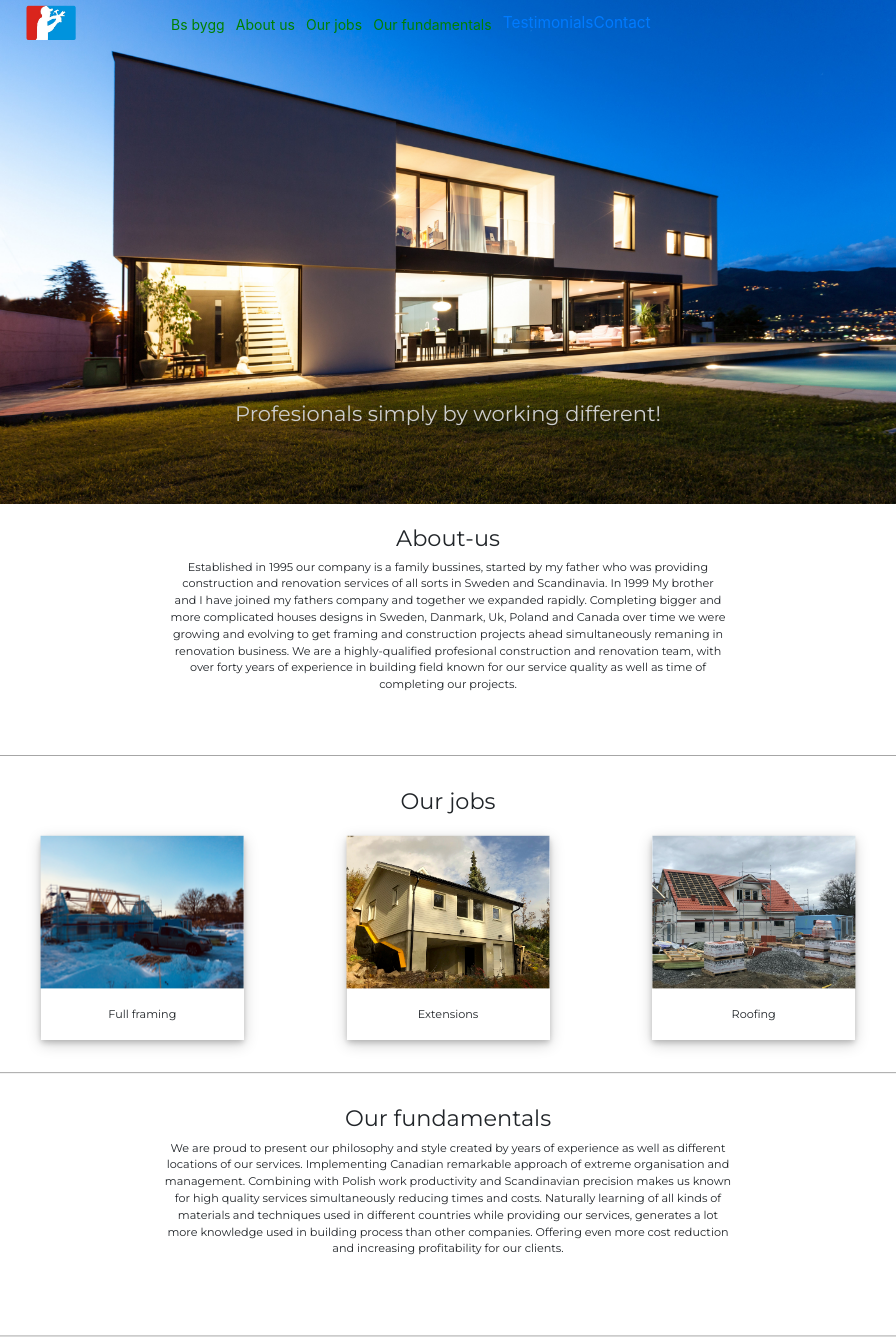
Repository: Bartie1982/milestone-project-1
Page: index.html
The author's editor kept a record of every edit. The page is drawn from the files as they stood at one moment, then again after the next edit.
The browser window is 1280 px wide. The pictures show the part of the page from y = 0 to 1920 px (the page is 2806 px tall), at 70% of full size.
Some web libraries are served in a nearby version.

Above is the page before.

### index.html
<!DOCTYPE html>
<html lang="en">

<head>
    <meta charset="UTF-8">
    <meta name="viewport" content="width=device-width, initial-scale=1.0">
    <meta http-equiv="X-UA-Compatible" content="ie=edge">
    <link rel="stylesheet" href="https://stackpath.bootstrapcdn.com/bootstrap/4.3.1/css/bootstrap.min.css" type="text/css" />
    <link rel="stylesheet" href="https://stackpath.bootstrapcdn.com/font-awesome/4.7.0/css/font-awesome.min.css" type="text/css" />
    <link rel="stylesheet" href="assets/css/style.css" type="text/css" />
    <title>BsBygg</title>
</head>

<body>
    <header>
        <div class="container-fluid h-50 d-inline-block">
            <div class="row">
                   <div class="mt-2 float-sm-left col-lg-2 col-md-3 col-sm-4 col-4">
                        <a href="index.html">
                        <img class="img logo" src="./assets/images/logo1.png" alt="Bs.bygg">
                        </a>
                    </div>
                    <div class="mt-2 col-lg-10 col-md-9 col-sm-8 col-8">
                            <nav class="mt-0 navbar navbar-expand-lg navbar-dark navbar-custom">
                            <a class="navbar-brand float-sm-left" href="index.html">Bs bygg</a>
                             <button class="navbar-toggler" type="button" data-toggle="collapse" data-target="#navbarNav" aria-controls="navbarNav" aria-expanded="false" aria-label="Toggle navigation">
                                    <span class="navbar-toggler-icon"></span>
                            </button>
                                <div class="collapse navbar-collapse" id="navbarNav">
                                    <ul class="navbar-nav">
                                        <li class="nav-item">
                                            <a class="navbar-brand" href="#about-us">About us</a>
                                        </li>
                                        <li class="nav-item">
                                            <a class="navbar-brand" href="#our-jobs">Our jobs</a>
                                        </li>
                                        <li class="nav-item">
                                            <a class="navbar-brand" href="#our-fundamentals">Our fundamentals</a>
                                        </li>
                                        <li class="nav-item">
                                            <a class="avbar-brand" href="#testimonials">Testimonials</a>
                                        </li>
                                        <li class="nav-item">
                                            <a class="avbar-brand" href="#contact">Contact</a>
                                        </li>
                                    </ul>
                                </div>

                        </nav>
                    </div>
        </div>
            </div>
            <div class="container-fluid h-50 d-inline-block">
                <div class="h-75 d-inline-block d-flex justify-content-center quote">
                        <p class="align-self-end ">Profesionals simply by working different!</p>
                </div>
            </div>
    </header>

    <section>
        <div class="d-flex justify-content-center" id="about-us">
            <div class="col-md-8 about-us">
                <h2>About-us</h2>

                <p class="col-md-12 text-space">Established in 1995 our company is a family bussines,
                started by my father who was providing construction and renovation services of all sorts in Sweden and Scandinavia.
                In 1999 My brother and I have joined my fathers company and together we expanded rapidly.
                Completing bigger and more complicated houses designs in Sweden, Danmark, Uk, Poland and Canada over time  we were growing and evolving to get framing and construction projects ahead simultaneously remaning in renovation business.
                We are a highly-qualified profesional construction and renovation team, with over forty years of experience in building field known for our service quality as well as time of completing our projects.
                </p>

            </div>
        </div>

        <div class="row">
            <div class="col-md-12 h-line4">
                <hr>
            </div>
        </div>

    </section>
    <section>
        <div class="row" id="our-jobs">
            <div class="col-md-12 Our-jobs">
                <h2>Our jobs</h2>
                    <div class="row d-flex justify-content-around">
                        <div class="col-sm-12 col-md-12 col-lg-4">
                            <div class="polaroid">
                        <img src="./assets/images/balsta-light.jpg" alt="Full framing" style="width:100%">
                             <div class="container p">
                             <p>Full framing</p>
                             </div>
                       </div>
                        </div>
                        <div class="col-sm-12 col-md-12 col-lg-4">
                            <div class="polaroid">
                        <img src="./assets/images/akersberga-ed.jpg" alt="Extensions" style="width:100%">
                             <div class="container p">
                             <p>Extensions</p>
                             </div>
                       </div>
                        </div>
                        <div class="col-sm-12 col-md-12 col-lg-4">
                            <div class="polaroid">
                        <img src="./assets/images/tak-arbetet-ed.jpg" alt="Roofing" style="width:100%">
                             <div class="container p">
                             <p>Roofing</p>
                         </div>
                        </div>
                    </div>
                </div>
            </div>
        </div>
    </section>
    <section>
        <div class="row">
            <div class="col-md-12 h-line3">
                <hr>
            </div>
        </div>
        <div class="row d-flex justify-content-center" id="our-fundamentals">
            <div class="col-md-8 our-fundamentals">
                <h2>Our fundamentals</h2>

                <p class="col-md-12 text-space">We are proud to present our philosophy and style created by years of experience as well as different locations of our services.
                Implementing  Canadian remarkable approach of extreme organisation and management.
                Combining with Polish work productivity and Scandinavian precision makes us known for high quality services simultaneously reducing times and costs.
                Naturally learning of all kinds of materials and techniques used in different countries while providing our services, generates a lot more knowledge used in building process than other companies. Offering even more
                cost reduction and increasing profitability for our clients.
                </p>
            </div>
        </div>

        <div class="row">
            <div class="col-md-12 h-line4">
                <hr>
            </div>
        </div>
    </section>
    <section>
        <div class="row" id="testimonials">
            <div class="col-md-12 Testimonials">
                <h2>Testimonials</h2>
                    <div class="row people d-flex justify-content-around">
                        <div class="col-sm-12 col-md-4 person">
                            <img class="img-fluid" src="./assets/images/Face 6.jpg" alt="Peter">
                            <p class="text-space"><i>"It's verry professional company with services worth recomending to everyone."</i><br><b>PETER</b></p>
                        </div>
                        <div class="col-sm-12 col-md-4 person">
                            <img class="img-fluid" src="./assets/images/Face 4.jpg" alt="Henrik">
                            <p class="text-space"><i>"Very good prepared and colaborative, I could see right away I have been hired profesionals."</i><br><b>HENRIK</b></p>
                        </div>
                        <div class="col-sm-12 col-md-4 person">
                            <img class="img-fluid" src="./assets/images/Face 7.jpg" alt="Frida">
                            <p class="text-space">"<i>Work was well planed, well orginased and definetly quick and clean."</i><br><b>FRIDA</b></p>
                        </div>
                    </div>
            </div>
                <div class="row">
                    <div class="col-md-12 h-line4">
                        <hr>
                    </div>
                </div>
    </section>
    <footer class="container-fluid" id="contact">
        <div class="row">
                <div class="col-lg-6 col-md-6 col-sm-12 mx-auto">
                    <h4 class="general-sub w-50 mx-auto">Contact</h4>

                        <div class="w-50 mx-auto">
                            <div>
                            <p><b>Email:</b> contact@bsbygg.com</p>
                            </div>
                            <div>
                            <p><b>Mobile:</b> 0704645042 </p>
                            </div>
                            <div>
                            <p><b>Adress:</b> Petersbergsvagen 5 <br>185 34 Vaxholm</p>
                        </div>
                </div>
        </div>
            <div class="col-lg-6 col-md-6 col-sm-12 social mx-auto">
                <h4 class="general-sub w-50 mx-auto">Social</h4>
                <ul class="list-inline social-links w-50 mx-auto">
                <li class="list-inline-item">
                    <a target="_blank" href="https://www.linkedin.com/">
                        <i class="fa fa-linkedin" aria-hidden="true"></i>
                        <span class="sr-only">Linkedin</span>
                    </a>
                </li>

                <li class="list-inline-item">
                    <a target="_blank" href="https://www.facebook.com/">
                        <i class="fa fa-facebook" aria-hidden="true"></i>
                        <span class="sr-only">Facebook</span>
                    </a>

                </li>
                <li class="list-inline-item">
                    <a target="_blank" href="https://www.pinterest.com/">
                        <i class="fa fa-pinterest" aria-hidden="true"></i>
                        <span class="sr-only">Pinterest</span>
                    </a>
                </li>
                <li class="list-inline-item">
                    <a target="_blank" href="https://www.instagram.com/">
                        <i class="fa fa-instagram" aria-hidden="true"></i>
                        <span class="sr-only">Instagram</span>
                    </a>
                </li>

                </ul>
            </div>
        </div>
        <div class="d-flex justify-content-center">
            <p class="">All rights reserved  Bartosz Szkaradzinski 2020</p>
        </div>
    </footer>
    <script src="https://code.jquery.com/jquery-3.2.1.slim.min.js" integrity="sha384-KJ3o2DKtIkvYIK3UENzmM7KCkRr/rE9/Qpg6aAZGJwFDMVNA/GpGFF93hXpG5KkN" crossorigin="anonymous"></script>
<script src="https://cdnjs.cloudflare.com/ajax/libs/popper.js/1.12.9/umd/popper.min.js" integrity="sha384-ApNbgh9B+Y1QKtv3Rn7W3mgPxhU9K/ScQsAP7hUibX39j7fakFPskvXusvfa0b4Q" crossorigin="anonymous"></script>
<script src="https://maxcdn.bootstrapcdn.com/bootstrap/4.0.0/js/bootstrap.min.js" integrity="sha384-JZR6Spejh4U02d8jOt6vLEHfe/JQGiRRSQQxSfFWpi1MquVdAyjUar5+76PVCmYl" crossorigin="anonymous"></script>
</body>

</html>

### assets/css/style.css
@import url('https://fonts.googleapis.com/css?family=Montserrat&display=swap:100,200,300,400,500,600,700|Exo:100,200,300,400,500,600,700');


/*----------------------------------------------Colours*/
.bg-color-name-title {
      color: #000234;
}



/*----------------------------------------------Heading*/

html, body {
    width: 100vw;
    overflow-x: hidden;
    overflow-y: auto;
}

header {
    height: 100vh;
    margin: 0;
    background: url("../images/Villa1.jpg");
    background-repeat: no-repeat;
    background-size: cover;


}

.logo {
    background-repeat: no-repeat;
    background-size: 30px;
    min-height: 20px;
    height: 50px;
    margin-top: inherit;
    margin-left: 20px;
    margin-right: 2px;
    padding-left: 0px;
    padding-right:0px;

}


.navbar {
    margin-right: auto;
    margin-left: auto;
    margin-top: 25px;

}

.navbar-dark {
    font-size: 22px;
    font-weight: 400;


}


.navbar-custom .navbar-brand,
.navbar-custom .navbar-text {
    color: green;
}

.quote {
    color: #cdcdcd;
    font-family: "Exo", Montserrat;
    font-weight: 100;
    font-size: 30px;
    text-align: center;


}


/*----------------------------------------------About us*/

.about-us {

    font-family: "Exo", Montserrat;
    margin-top: 30px;
    text-align: center;
    min-height: 300px;

}

/*----------------------------------------------Our fundamentals*/



.our-fundamentals {
    font-family: "Exo", Montserrat;
    margin-top: 30px;
    text-align: center;
    min-height: 300px;
}




/*----------------------------------------------Our jobs*/

.polaroid {
  width: 290px;
  box-shadow: 0 4px 8px 0 rgba(0, 0, 0, 0.2), 0 6px 20px 0 rgba(0, 0, 0, 0.19);
  text-align: center;
  margin: 30px auto 30px auto;

}

.Our-jobs {
    font-family: "Exo", Montserrat;
    margin-top: 30px;
    text-align: center;
    min-height: 300px;

}


/*----------------------------------------------Testimonials*/

.container p {
  padding: 25px;
}
.people {
    margin-top:20px;
    margin-bottom: 40px;
}
.person {

    height: inherit;
    margin-bottom: 30px;
}
.person img {
    width: 50%;
    margin-left: auto;
    margin-right: auto;
}
.person p {
    padding-left: 30px;
    padding-right: 30px;
}


.name {
    font-family: "Exo", Montserrat;
    background-position: center;
    margin-top: 50px;
    font-weight: 100;
    min-height: 100px;
    font-size: 46px;
    color: #fff;

}

.Testimonials {
    font-family: "Exo", Montserrat;
    margin-top: 30px;
    text-align: center;
    min-height: 300px;

}

/*----------------------------------------------Spacers/lines/margins/paddings/text */

h1,
h2,
h3,
h4 {
       margin: 0;
}

hr {
    background-color: grey;
    height: 1px;
    border: 0; }

.h-line3 {
    margin-top: 0;

}

.h-line4 {
    margin-top: 1%;
}

.text-space {
    margin-top: 10px;
    margin-bottom: 10px;
}

.general-sub {
    margin-top: 20px;
    margin-bottom: 10px;
    color: #fafafa;
    font-family: "Exo", Montserrat;
    font-weight: 300;

}

.inline-block {
    display: inline-block;

}

/*----------------------------------------------Footer*/

footer {
    background-color: #525252;
    color: #fafafa;
    min-height: 240px;
}

.contact {
    margin-left: auto;
    margin-right: auto;

}

.quote-pdf i {
    font-size: 20px;
    color: #fafafa;
    text-align: center;
    padding-left: 8px;
    transition: all 0.45s ease-in;
    -moz-transition: all 0.45s ease-in;
    -webkit-transition: all 0.45s ease-in;
    -o-transition: all 0.45s ease-in;
}

.quote-pdf i:hover {
    color: #40A8AF;

}
.social {
     margin-right: auto;
     margin-left: auto;
}

.social-links li a i {
    width: 30px;
    height:30px;
    padding: 15px;
    border-radius: 15%;
    font-size: 15px;
    line-height: 10px;
    text-align: center;
    color: #fafafa;
    background: #8f8f8f;
    transition: all 0.35s ease-in;
    -moz-transition: all 0.35s ease-in;
    -webkit-transition: all 0.35s ease-in;
    -o-transition: all 0.35s ease-in;
}

.social-links li a i:hover {
    background: #40A8AF;
}

After the next edit:
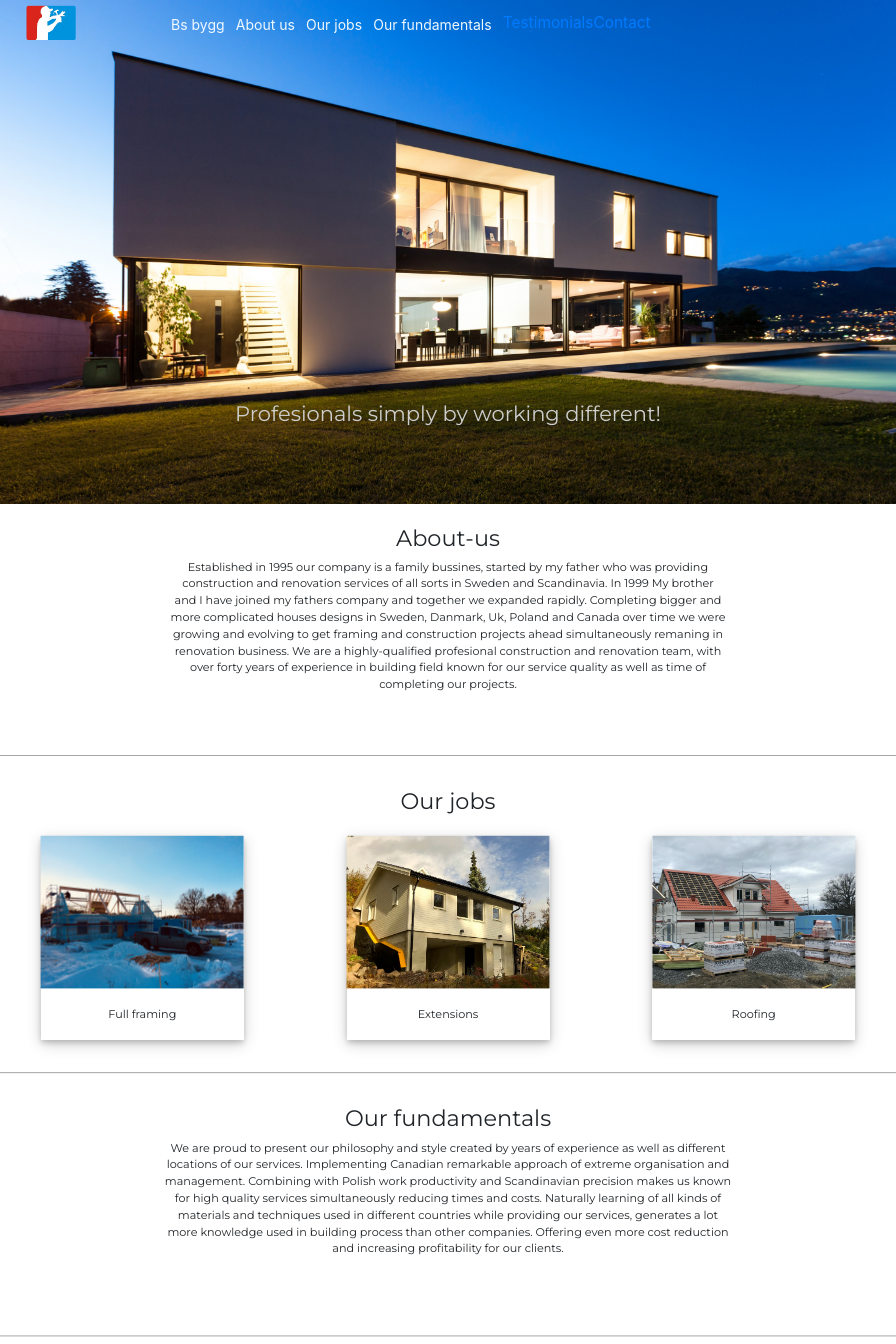
The edit:
--- a/assets/css/style.css
+++ b/assets/css/style.css
@@ -57,7 +57,7 @@
 
 .navbar-custom .navbar-brand,
 .navbar-custom .navbar-text {
-    color: green;
+    color: #F0F8FF;
 }
 
 .quote {
